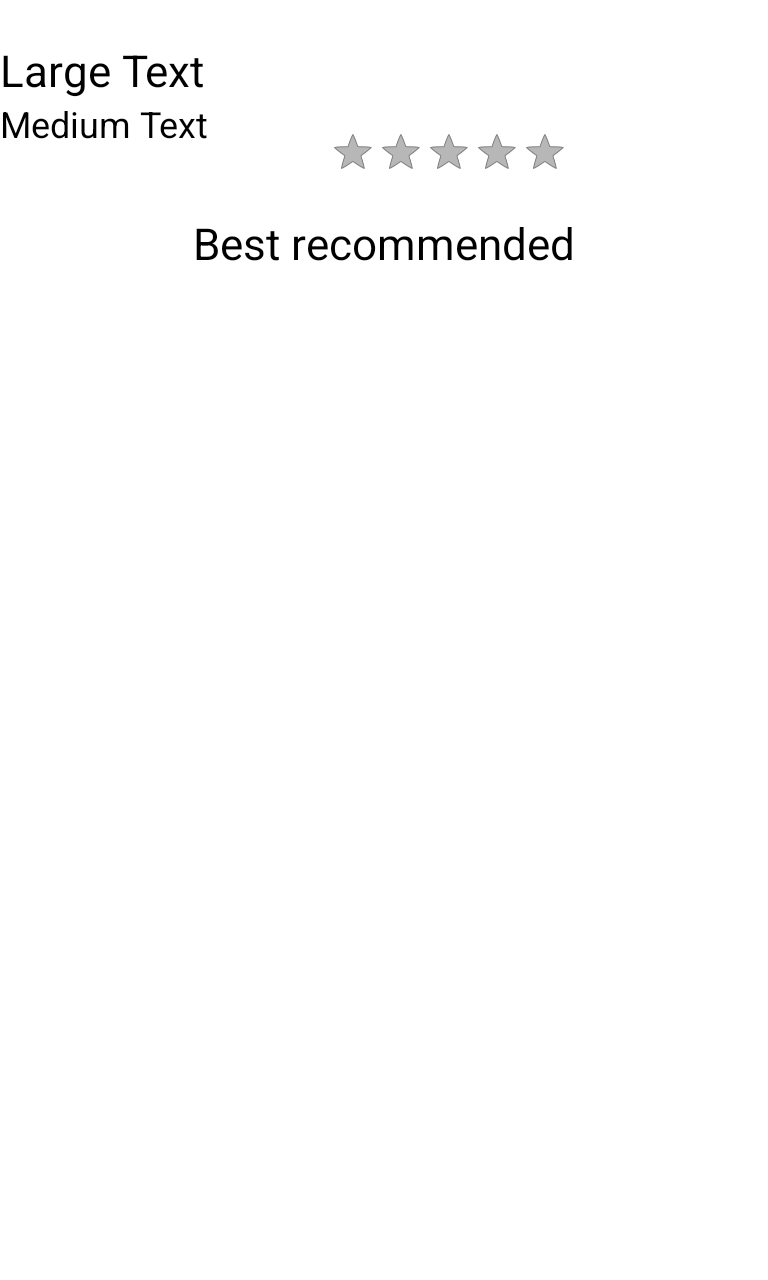
Repository: yash256/atnt
Layout: Farmdroid/res/layout/market_details.xml
The author's editor kept a copy of each file at every save. The layout is drawn from the files as they stood at one save, then again after the next save.
It is drawn on a 768 x 1280 px phone screen (xhdpi) without system bars, with theme AppTheme; the app's code is not run. Lists and similar views that code fills are empty.

Above is the layout before, as saved 2014-11-10 04:41:36.

### Farmdroid/res/layout/market_details.xml
<?xml version="1.0" encoding="utf-8"?>
<RelativeLayout xmlns:android="http://schemas.android.com/apk/res/android"
    android:layout_width="match_parent"
    android:layout_height="match_parent"
    android:orientation="vertical" >

<GridLayout
    android:id="@+id/gridLayout1"
    android:layout_width="match_parent"
    android:layout_height="wrap_content"
    android:columnCount="8"
    android:orientation="horizontal" >

    <Space
        android:layout_height="20dp"
        android:layout_columnSpan="8" />

    <TextView
        android:id="@+id/market_name"
        android:layout_columnSpan="6"
        android:layout_row="0"
        android:text="Large Text"
        android:textAppearance="?android:attr/textAppearanceLarge" />

    <TextView
        android:id="@+id/market_address"
        android:layout_row="1"
        android:layout_columnSpan="4"
        android:text="Medium Text"
        android:textAppearance="?android:attr/textAppearanceMedium" />

    <RatingBar
        android:id="@+id/ratingBar1"
        android:layout_row="1"
        android:layout_columnSpan="4"
        android:scaleX="0.5"
        android:scaleY="0.5"
        android:height="35dip"/>

    <TextView
        android:id="@+id/top_items_header"
        android:layout_columnSpan="8"
        android:layout_gravity="center_horizontal"
        android:layout_row="3"
        android:text="@string/top_items_header_text"
        android:textAppearance="?android:attr/textAppearanceLarge" />

    <LinearLayout
        android:id="@+id/top_items"
        android:layout_gravity="center_horizontal"
        android:layout_row="4"
        android:orientation="horizontal"
        android:layout_width="wrap_content"
    android:layout_height="wrap_content" >
    </LinearLayout>

    <ListView
        android:id="@+id/android:list"
        android:layout_width="match_parent"
        android:layout_height="wrap_content"
        android:layout_columnSpan="8"
        android:layout_row="6" >
    </ListView>


</GridLayout>

</RelativeLayout>

### Farmdroid/res/values/strings.xml
<?xml version="1.0" encoding="utf-8"?>
<resources>

    <string name="app_name">Farmdroid</string>
    <string name="hello_world">Hello world!</string>
    <string name="action_settings">Settings</string>
    <string name="username">username</string>
    <string name="rating">Rating</string>
    <string name="review_text">review text</string>
    <string name="title_activity_main">MainActivity</string>
    <string name="top_items_header_text">Best recommended</string>

</resources>

Loaded but not shown: Farmdroid/res/values/styles.xml (common file); Farmdroid/res/values-v11/styles.xml (common file); Farmdroid/res/values-v14/styles.xml (common file)

After the next save:
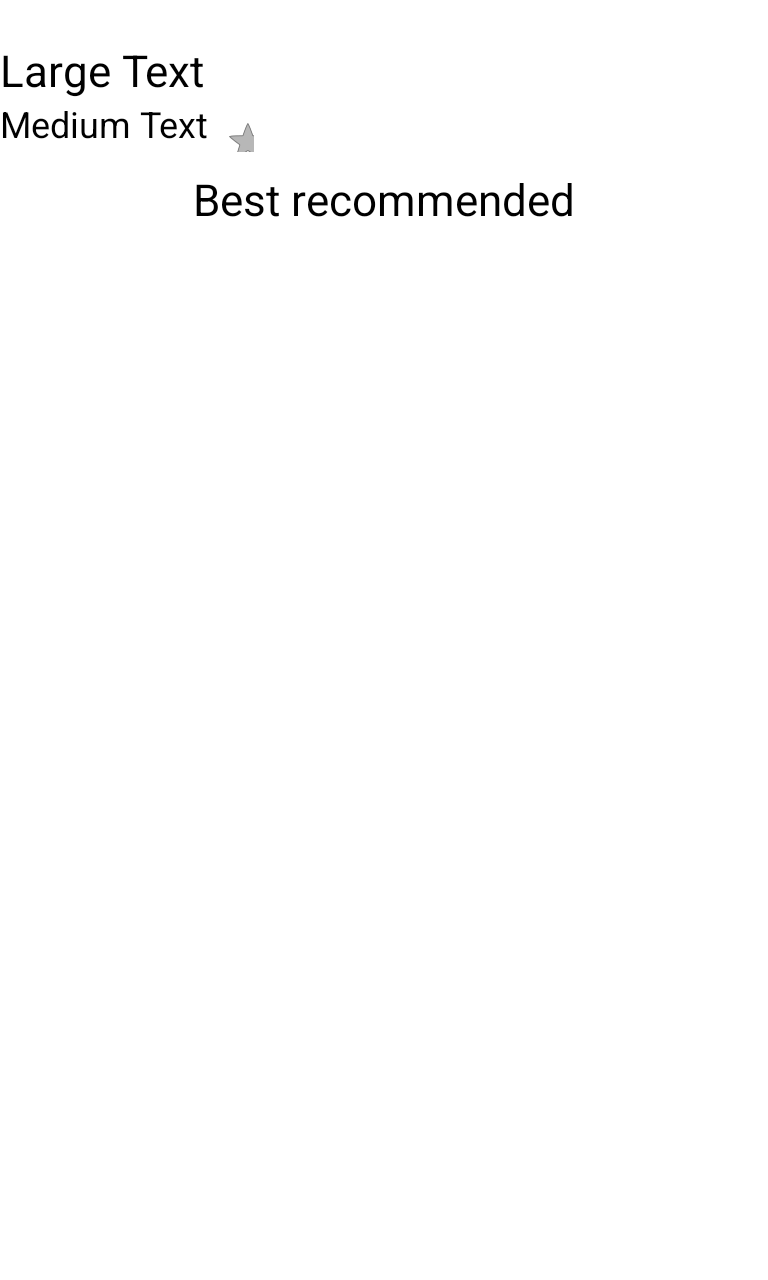
Saved 42 s later.
--- a/Farmdroid/res/layout/market_details.xml
+++ b/Farmdroid/res/layout/market_details.xml
@@ -35,7 +35,8 @@
         android:layout_columnSpan="4"
         android:scaleX="0.5"
         android:scaleY="0.5"
-        android:height="35dip"/>
+        android:layout_height="35dip"
+        android:layout_width="30dip"/>
 
     <TextView
         android:id="@+id/top_items_header"
